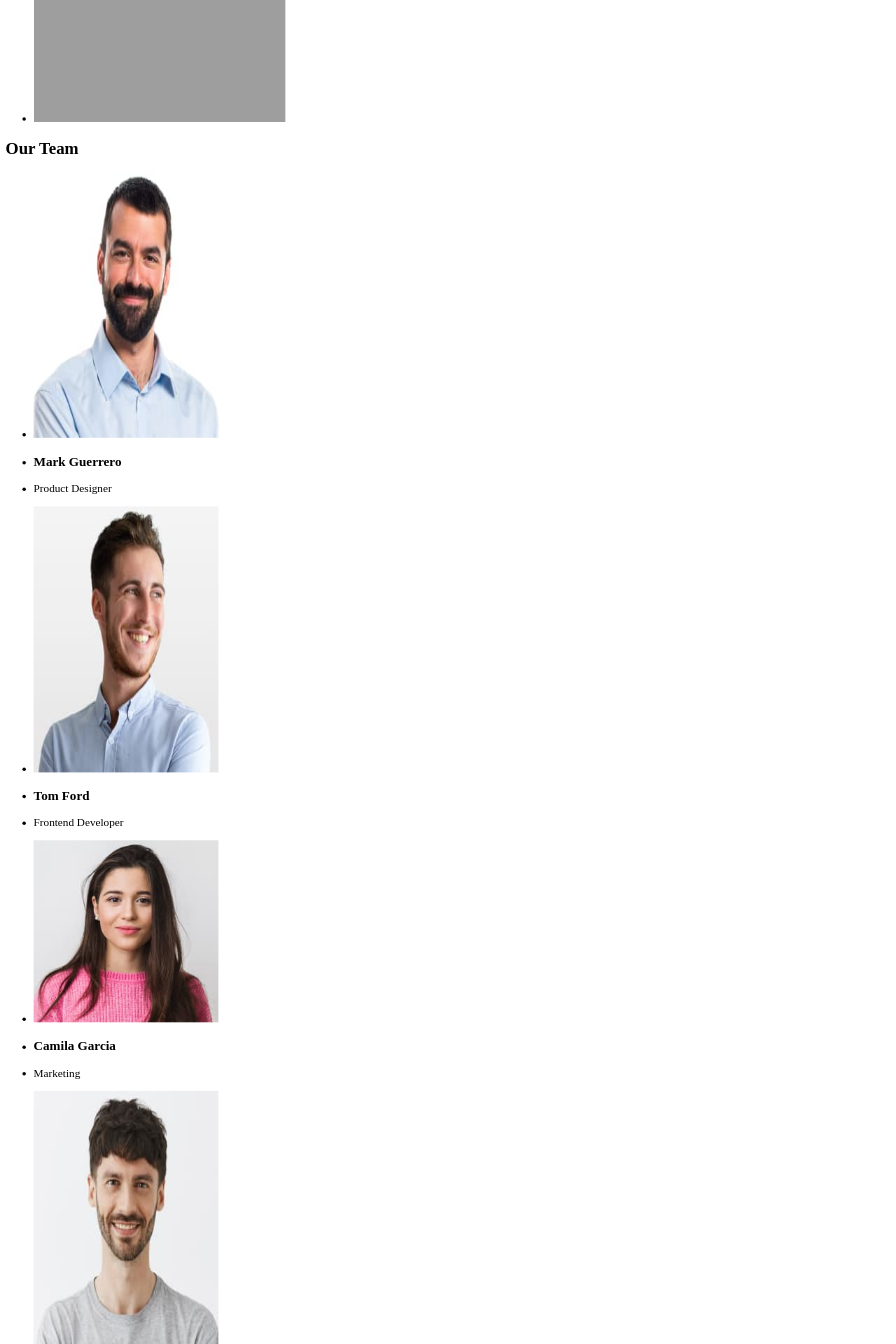
Repository: GrishchenkoNataliya/goit-markup-hw-02
Page: index.html
An editor plug-in stored every save of this project. The page is shown before and after the next save, followed by the edit.
The browser window is 1280 px wide. The pictures show the part of the page from y = 1348 to 3268 px (the page is 3452 px tall before and 3092 px after), at 70% of full size.
Pictures or frames that could not be fetched are drawn as grey boxes.

Above is the page before, as saved 2023-02-26 00:46:52.

After the next save:
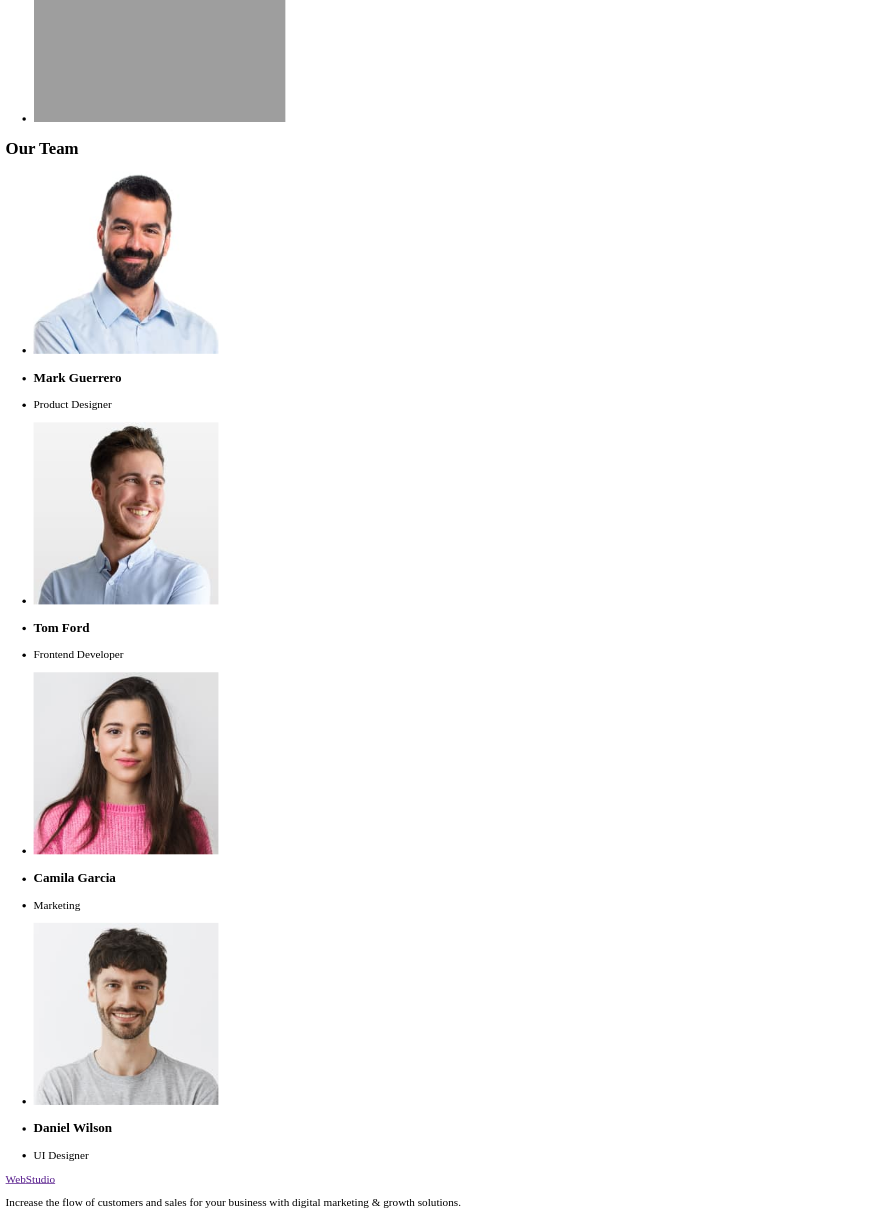
Saved 19 s later.
--- a/index.html
+++ b/index.html
@@ -110,7 +110,7 @@
               src="./images/img1.jpg"
               alt="Mark Guerrero"
               width="264"
-              height="380"
+              height=""
             />
           </li>
           <li><h3>Mark Guerrero</h3></li>
@@ -118,12 +118,7 @@
         </ul>
         <ul>
           <li>
-            <img
-              src="./images/img2.jpg"
-              alt="Tom Ford"
-              width="264"
-              height="380"
-            />
+            <img src="./images/img2.jpg" alt="Tom Ford" width="264" height="" />
           </li>
           <li><h3>Tom Ford</h3></li>
           <li><p>Frontend Developer</p></li>
@@ -146,7 +141,7 @@
               src="./images/img4.jpg"
               alt="Daniel Wilson"
               width="264"
-              height="380"
+              height=""
             />
           </li>
           <li><h3>Daniel Wilson</h3></li>
